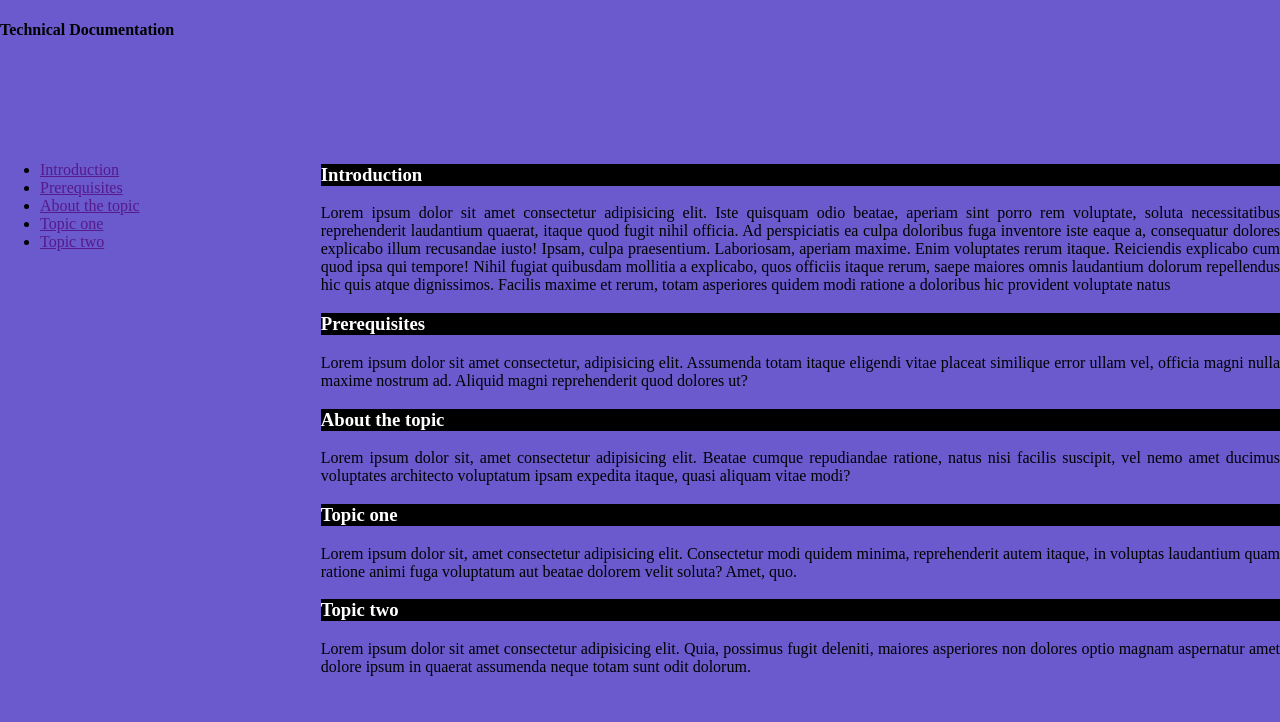
Repository: JoaoLemesDEV/Excercise-Tech-Documentation-Page
Page: index.html
An editor plug-in stored every save of this project. The page is shown before and after a run of saves, followed by the edit.
The browser window is 1280 px wide. The pictures show the whole page.

Above is the page before, as saved 2021-10-03 22:06:03.

### index.html
<!DOCTYPE html>
<html lang="en">
  <head>
    <meta charset="UTF-8" />
    <meta http-equiv="X-UA-Compatible" content="IE=edge" />
    <meta name="viewport" content="width=device-width, initial-scale=1.0" />
    <title>Technical Documentaion</title>
    <link rel="stylesheet" href="index.css" />
  </head>
  <body>
    <div class="wrapper">
      <header><h4>Technical Documentation</h4></header>
      <aside>
        <nav>
          <ul>
            <li><a href="">Introduction</a></li>
            <li><a href="">Prerequisites</a></li>
            <li><a href="">About the topic</a></li>
            <li><a href="">Topic one</a></li>
            <li><a href="">Topic two</a></li>
          </ul>
        </nav>
      </aside>
      <main>
        <section id="introduction">
          <h3 style="background: black; color: white">Introduction</h3>
          <p>
            Lorem ipsum dolor sit amet consectetur adipisicing elit. Iste
            quisquam odio beatae, aperiam sint porro rem voluptate, soluta
            necessitatibus reprehenderit laudantium quaerat, itaque quod fugit
            nihil officia. Ad perspiciatis ea culpa doloribus fuga inventore
            iste eaque a, consequatur dolores explicabo illum recusandae iusto!
            Ipsam, culpa praesentium. Laboriosam, aperiam maxime. Enim
            voluptates rerum itaque. Reiciendis explicabo cum quod ipsa qui
            tempore! Nihil fugiat quibusdam mollitia a explicabo, quos officiis
            itaque rerum, saepe maiores omnis laudantium dolorum repellendus hic
            quis atque dignissimos. Facilis maxime et rerum, totam asperiores
            quidem modi ratione a doloribus hic provident voluptate natus
          </p>
        </section>
        <section id="Prerequisites">
          <h3 style="background: black; color: white">Prerequisites</h3>
          <p>
            Lorem ipsum dolor sit amet consectetur, adipisicing elit. Assumenda
            totam itaque eligendi vitae placeat similique error ullam vel,
            officia magni nulla maxime nostrum ad. Aliquid magni reprehenderit
            quod dolores ut?
          </p>
        </section>
        <section id="about the topic">
          <h3 style="background: black; color: white">About the topic</h3>
          <p>
            Lorem ipsum dolor sit, amet consectetur adipisicing elit. Beatae
            cumque repudiandae ratione, natus nisi facilis suscipit, vel nemo
            amet ducimus voluptates architecto voluptatum ipsam expedita itaque,
            quasi aliquam vitae modi?
          </p>
        </section>
        <section id="topic one">
          <h3 style="background: black; color: white">Topic one</h3>
          <p>
            Lorem ipsum dolor sit, amet consectetur adipisicing elit.
            Consectetur modi quidem minima, reprehenderit autem itaque, in
            voluptas laudantium quam ratione animi fuga voluptatum aut beatae
            dolorem velit soluta? Amet, quo.
          </p>
        </section>
        <section id="topic two">
          <h3 style="background: black; color: white">Topic two</h3>
          <p>
            Lorem ipsum dolor sit amet consectetur adipisicing elit. Quia,
            possimus fugit deleniti, maiores asperiores non dolores optio magnam
            aspernatur amet dolore ipsum in quaerat assumenda neque totam sunt
            odit dolorum.
          </p>
        </section>
      </main>
      <footer></footer>
    </div>
  </body>
</html>

### index.css
html body {
  margin: 0;
  padding: 0;
  box-sizing: border-box;
  background-color: slateblue;
}
.wrapper {
  display: grid;
  grid-template-columns: 1fr 3fr;
  grid-template-rows: 20vh 70vh 10vh;
  grid-gap: 1px 1px;
  grid-template-areas: "h h" "a m" "f f";
}

header {
  //background-color: yellow;
  grid-area: h;
}

aside {
  //background-color: rgb(73, 185, 122);
  grid-area:a;
}

main {
  //background-color: cadetblue;
  text-align: justify;
  grid-area: m;
}

footer {
  //background-color: red;
  grid-area: f;
}

After the next 4 saves:
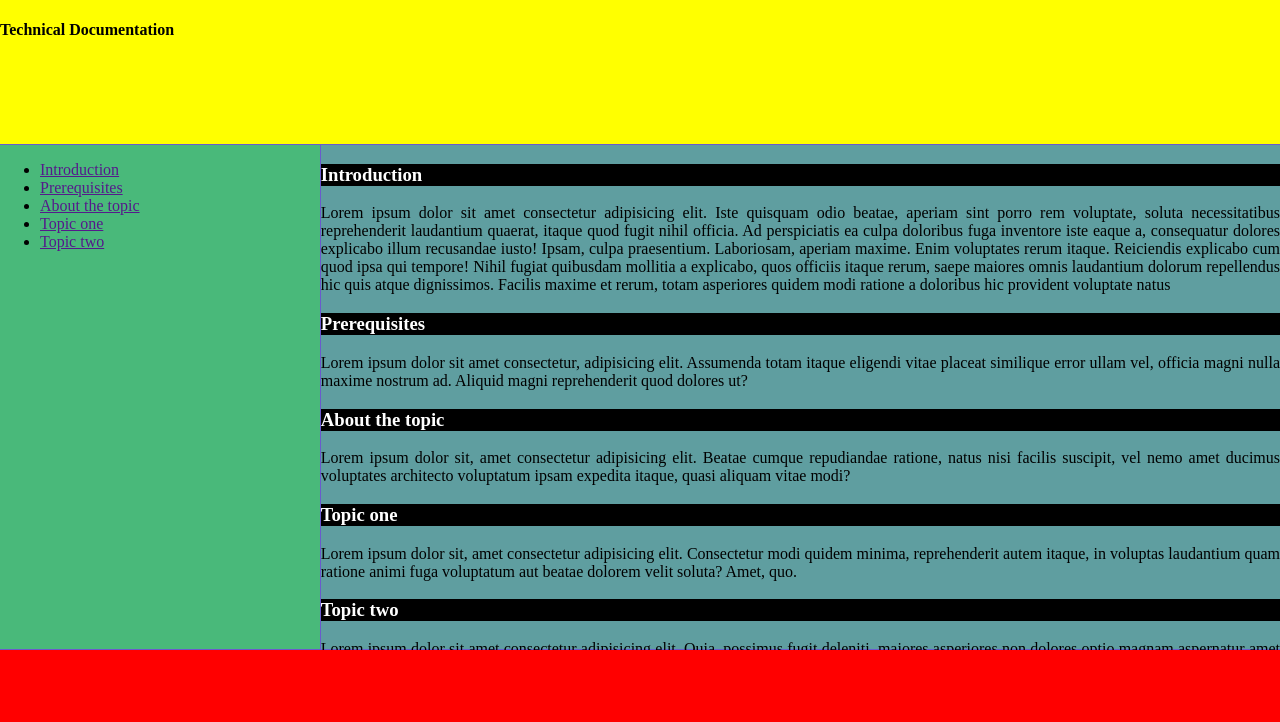
The 4 saves are shown as one change because they came seconds apart.
The last was saved 9 s later.
--- a/index.css
+++ b/index.css
@@ -13,22 +13,22 @@ html body {
 }
 
 header {
-  //background-color: yellow;
+  background-color: yellow;
   grid-area: h;
 }
 
 aside {
-  //background-color: rgb(73, 185, 122);
+  background-color: rgb(73, 185, 122);
   grid-area:a;
 }
 
 main {
-  //background-color: cadetblue;
+  background-color: cadetblue;
   text-align: justify;
   grid-area: m;
 }
 
 footer {
-  //background-color: red;
+  background-color: red;
   grid-area: f;
 }
